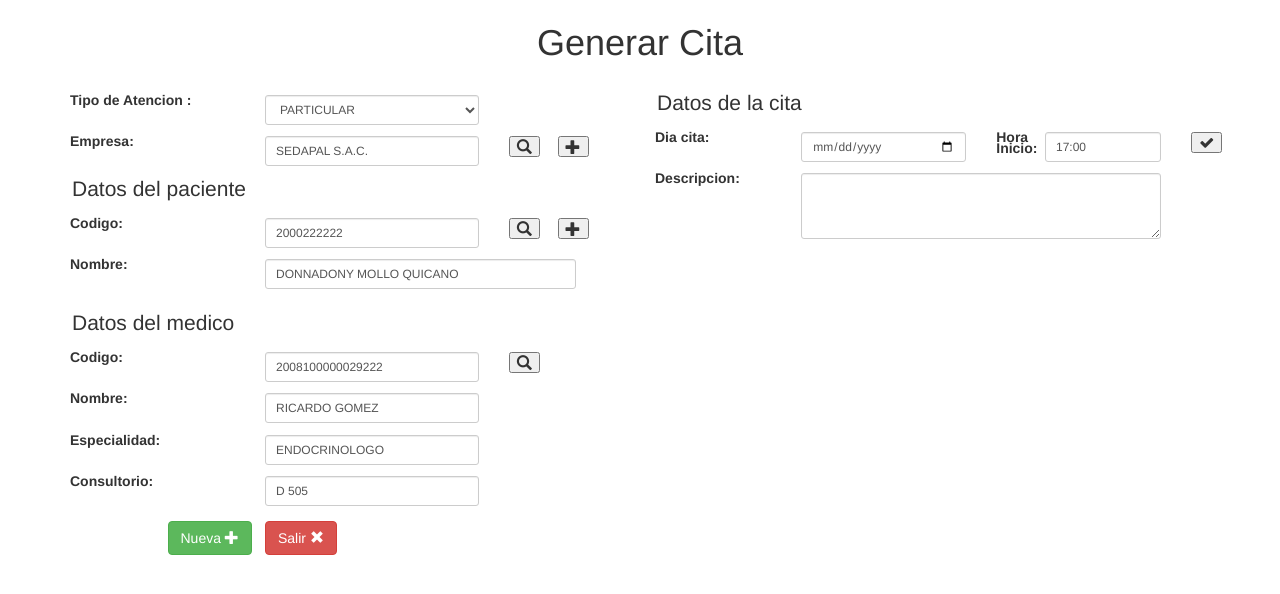
Repository: Donyx10/ADSII-ProyectoClinica
Page: http://localhost/AvanceWeb/GeneraCitaMedica.jsp
The author's editor kept a copy of each file at every save. The page is drawn from the files as they stood at one save, then again after the next save.
The browser window is 1280 px wide. The pictures show the whole page.
Some web fonts or font styles are not loaded; a fallback is used. The page is served by Tomcat 9.

Above is the page before, as saved 2018-06-04 05:38:44.

After the next save:
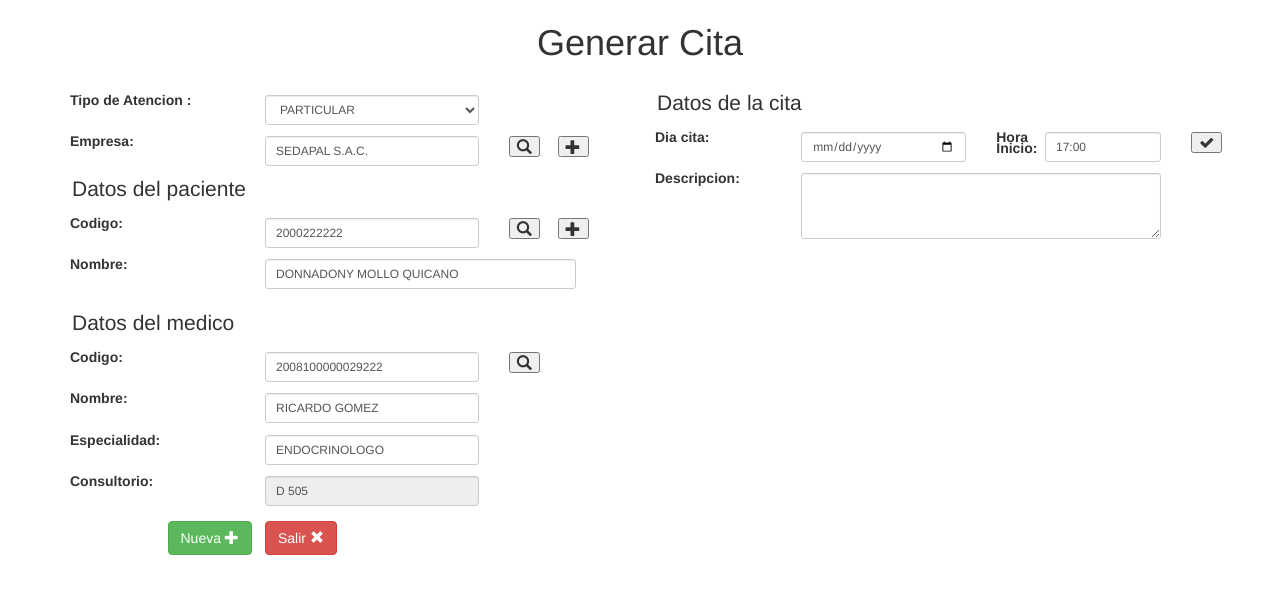
Saved 87 s later.
--- a/WebDemo/AvanceWeb/WebContent/GeneraCitaMedica.jsp
+++ b/WebDemo/AvanceWeb/WebContent/GeneraCitaMedica.jsp
@@ -156,7 +156,7 @@
 										<label class="" for="">Consultorio:</label>
 									</div>
 									<div class="col-md-5">
-										<input class="form-control input-sm" type="text" id="" name=""
+										<input class="form-control input-sm" type="text" id="" name="" readonly="readonly"
 											value="D 505" placeholder="Ingrese el consultorio">
 									</div>
 								</div>
